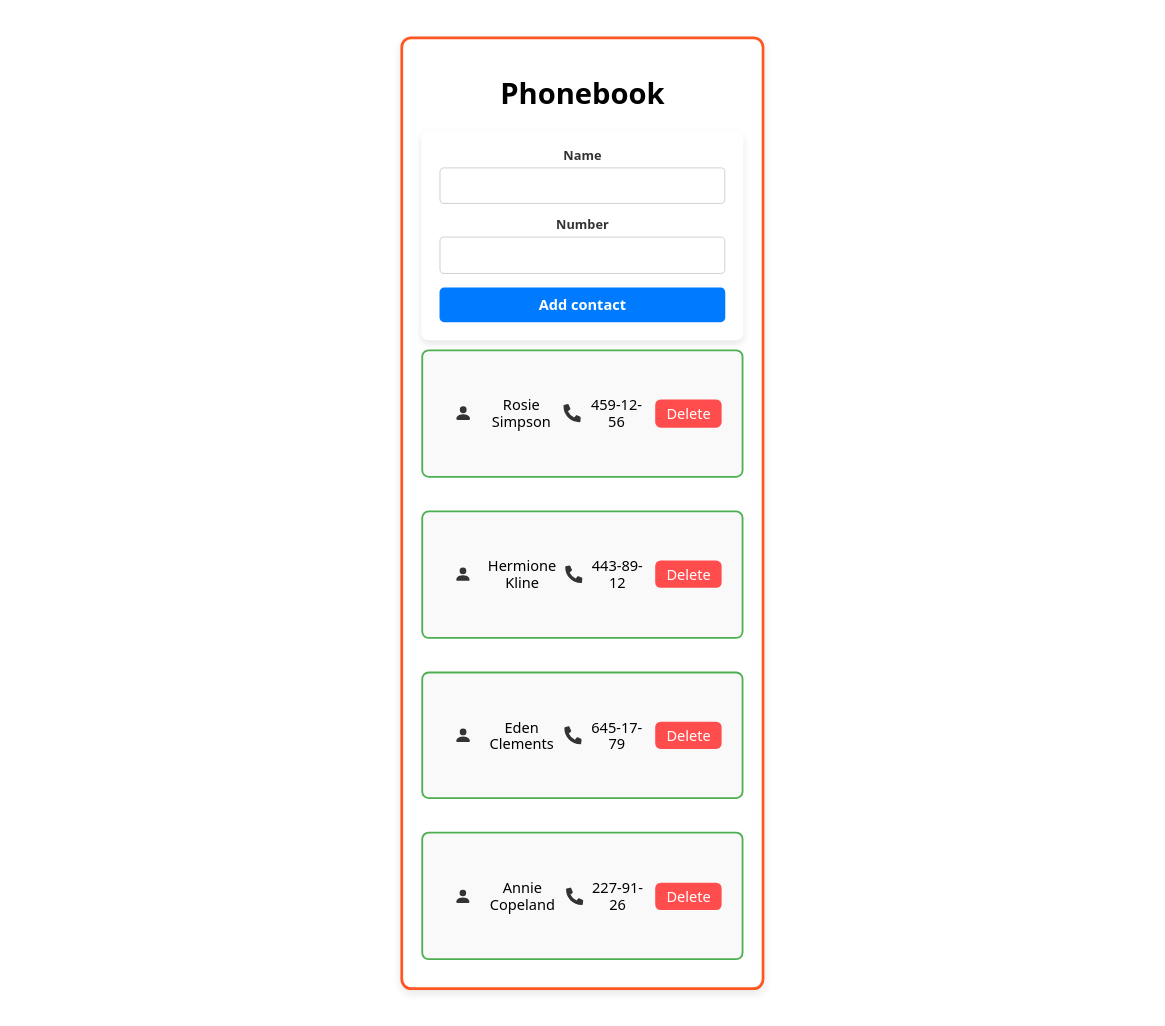
Repository: Evgeniya-Tishakova/goit-react-hw-03
Page: /
An editor plug-in stored every save of this project. The page is shown before and after the next save, followed by the edit.
The browser window is 1280 px wide. The pictures show the whole page, at 91% of full size.
The project was rebuilt for these pictures with package versions that can differ from the ones it lists, and the page was loaded fresh each time. Also part of the build but not shown: vite.config.js, src/index.css.

Above is the page before, as saved 2025-03-09 15:39:43.

After the next save:
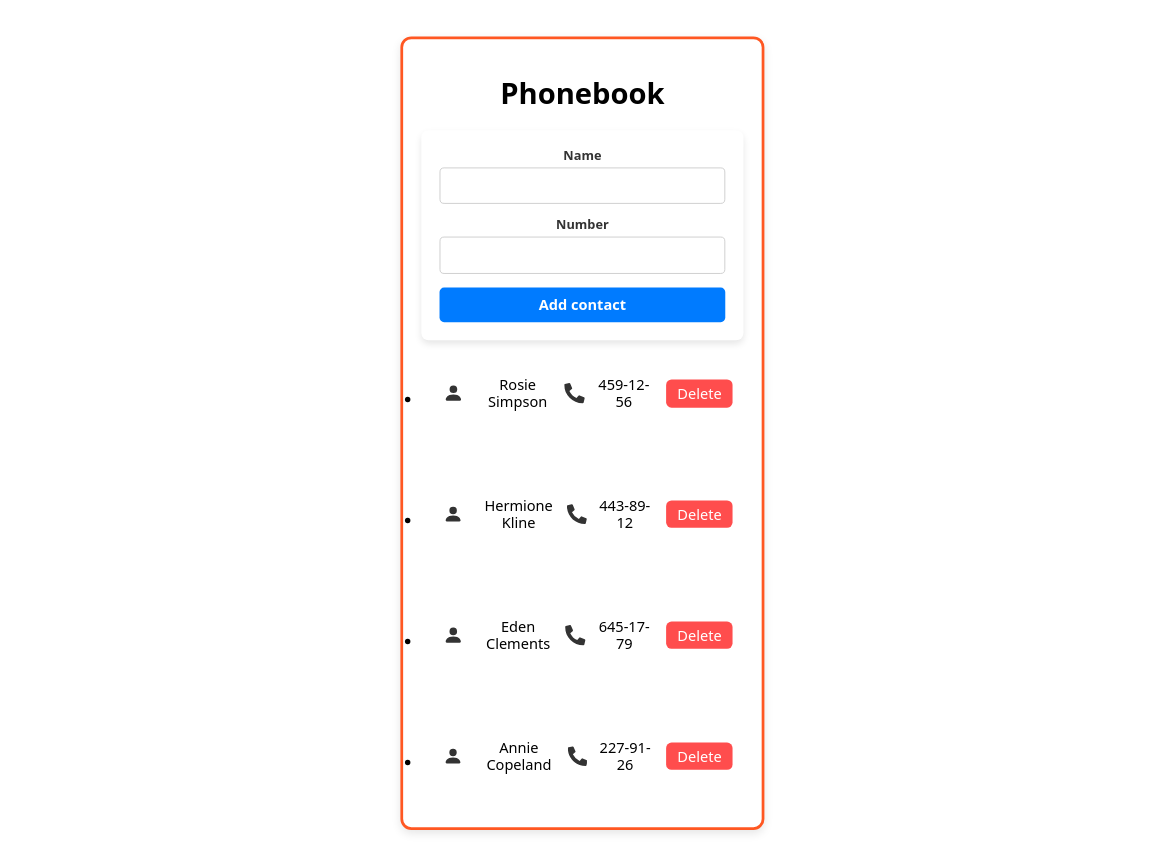
Saved 13 s later.
--- a/src/components/ContactList/ContactList.module.css
+++ b/src/components/ContactList/ContactList.module.css
@@ -5,15 +5,3 @@
     flex-direction: column;
     gap: 16px;
 }
-
-.item {
-    border: 2px solid #4caf50;
-    border-radius: 8px;
-    padding: 10px;
-    margin: 10px 0;
-    display: flex;
-    justify-content: space-between;
-    align-items: center;
-    background-color: #f9f9f9;
-    flex-direction: column;
-}

After the save that followed:
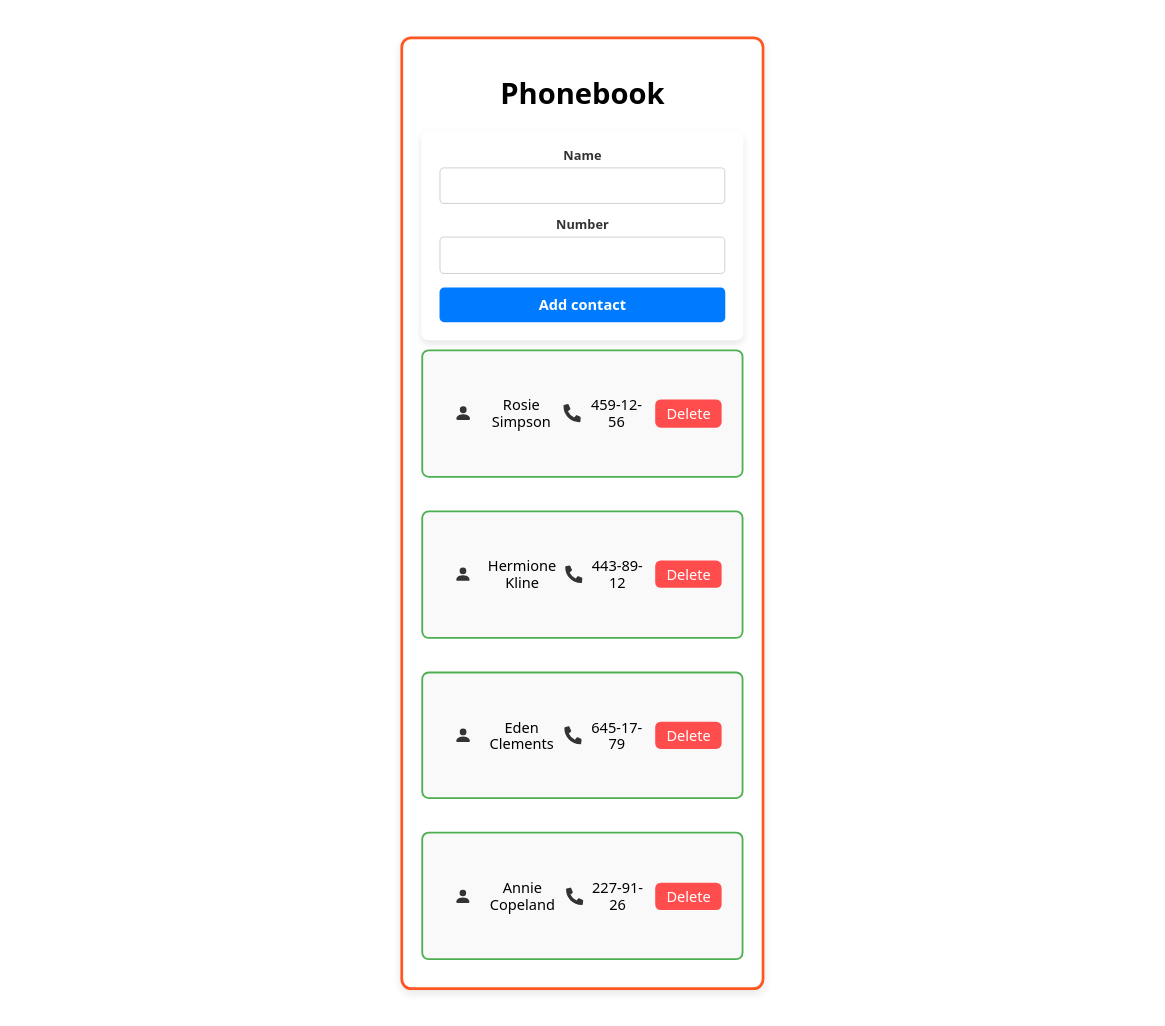
Saved 15 s later.
--- a/src/components/ContactList/ContactList.module.css
+++ b/src/components/ContactList/ContactList.module.css
@@ -5,3 +5,14 @@
     flex-direction: column;
     gap: 16px;
 }
+
+.item {
+    border: 2px solid #4caf50;
+    border-radius: 8px;
+    padding: 10px;
+    margin: 10px 0;
+    display: flex;
+    justify-content: space-between;
+    align-items: center;
+    background-color: #f9f9f9;
+}
